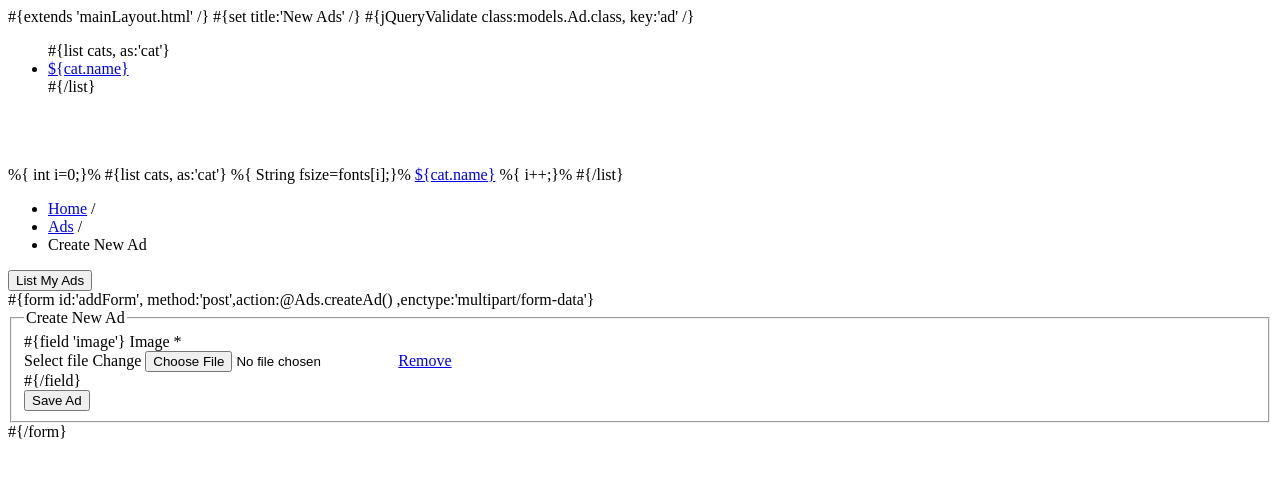
Repository: Maalejm/SEBA
Page: SlifeWebSite/app/views/Ads/newAd.html
An editor plug-in stored every save of this project. The page is shown before and after the next save, followed by the edit.
The browser window is 1280 px wide. The pictures show the whole page.

Above is the page before, as saved 2013-06-18 09:27:43.

After the next save:
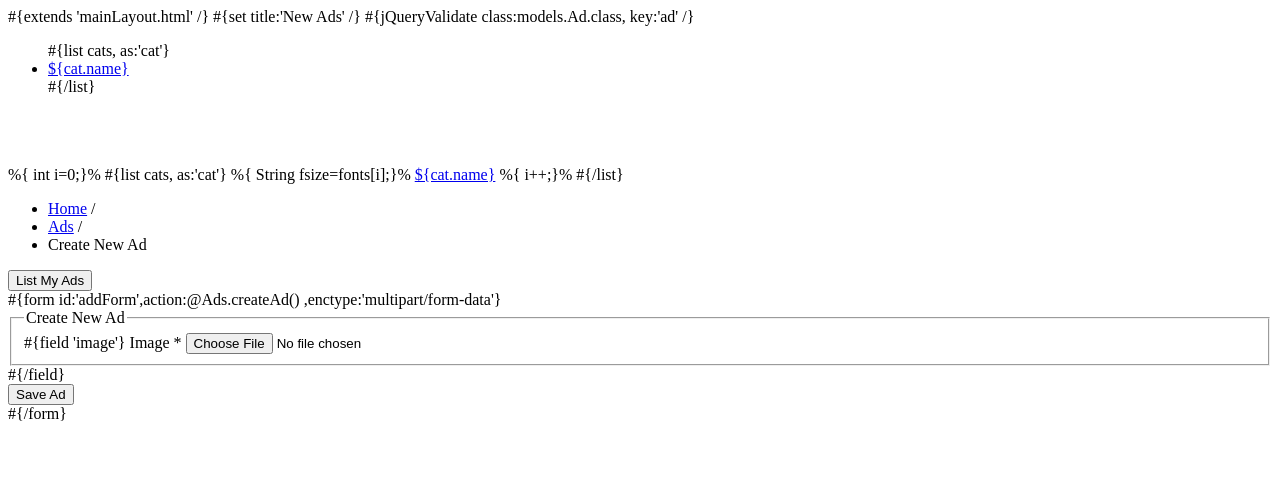
Saved 7 min 14 s later.
--- a/SlifeWebSite/app/views/Ads/newAd.html
+++ b/SlifeWebSite/app/views/Ads/newAd.html
@@ -47,7 +47,7 @@
 
 
 
-                    #{form id:'addForm', method:'post',action:@Ads.createAd() ,enctype:'multipart/form-data'}
+                    #{form id:'addForm',action:@Ads.createAd() ,enctype:'multipart/form-data'}
                         <fieldset>
                             <legend>Create New Ad</legend>
                             <!-- #{ifErrors}
@@ -92,7 +92,7 @@
                             #{field 'image'}
                             <label for="${field.id}" >Image *</label>
 
-                              <div class="fileupload fileupload-new" data-provides="fileupload">
+                             <!--  <div class="fileupload fileupload-new" data-provides="fileupload">
   								<div class="input-append">
    								 <div class="uneditable-input span3"><i class="icon-file fileupload-exists">
    								 </i> <span class="fileupload-preview"></span></div><span class="btn btn-file">
@@ -101,8 +101,8 @@
    								 <input type="file" id="${field.id}" value="${field.value}"  name="${field.name}" class="${field.errorClass}" /></span><a href="#" class="btn fileupload-exists" data-dismiss="fileupload">Remove</a>
 
 
-  								</div>
-
+  								</div> -->
+  								<input type="file" id="photo" name="photo" />
 							</div>
 
 
